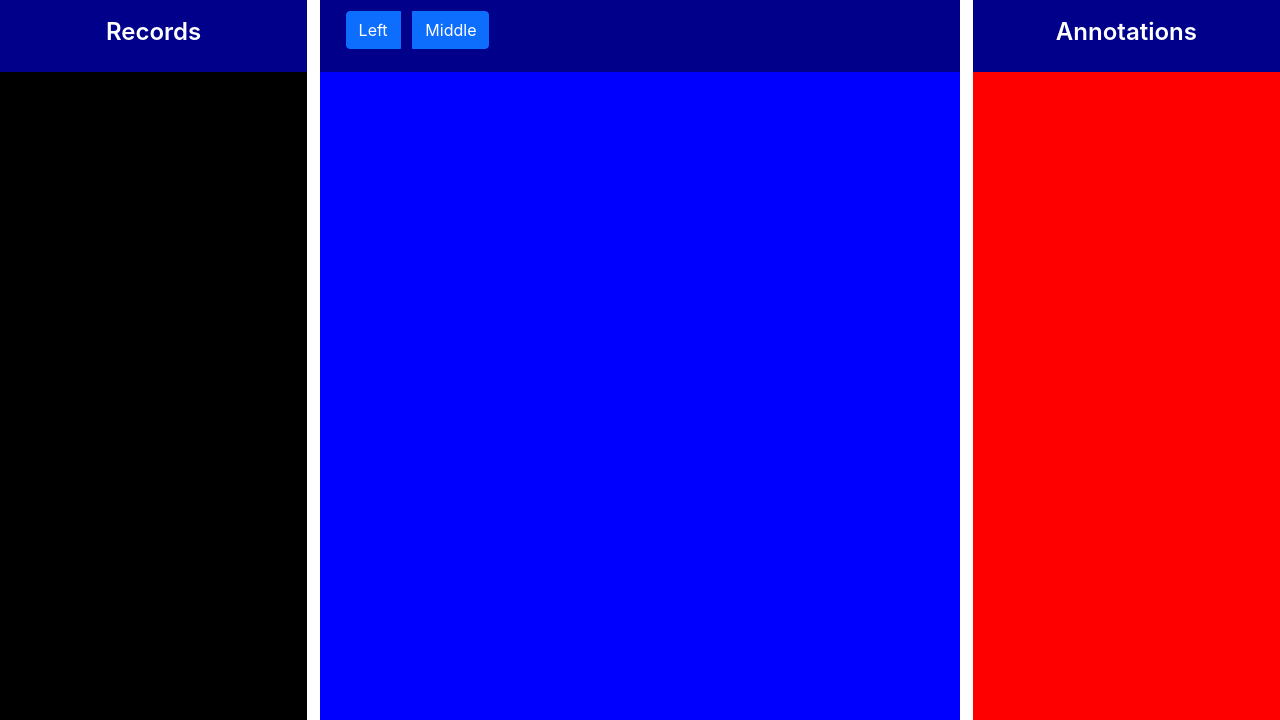
Repository: napan24/classforma_assignment
Page: / (app in client/)
An editor plug-in stored every save of this project. The page is shown before and after the next save, followed by the edit.
The browser window is 1280 px wide. The pictures show the whole page.
The project was rebuilt for these pictures with package versions that can differ from the ones it lists, and the page was loaded fresh each time. Also part of the build but not shown: client/src/App.css.

Above is the page before, as saved 2022-07-19 17:02:50.

### client/public/index.html
<!DOCTYPE html>
<html lang="en">
  <head>
    <meta charset="utf-8" />
    <link rel="icon" href="%PUBLIC_URL%/favicon.ico" />
    <meta name="viewport" content="width=device-width, initial-scale=1" />
    <meta name="theme-color" content="#000000" />
    <meta
      name="description"
      content="Web site created using create-react-app"
    />
    <link href="https://cdn.jsdelivr.net/npm/bootstrap@5.1.3/dist/css/bootstrap.min.css" rel="stylesheet" integrity="sha384-1BmE4kWBq78iYhFldvKuhfTAU6auU8tT94WrHftjDbrCEXSU1oBoqyl2QvZ6jIW3" crossorigin="anonymous">
    <link rel="apple-touch-icon" href="%PUBLIC_URL%/logo192.png" />
    <!--
      manifest.json provides metadata used when your web app is installed on a
      user's mobile device or desktop. See https://developers.google.com/web/fundamentals/web-app-manifest/
    -->
    <link rel="manifest" href="%PUBLIC_URL%/manifest.json" />
    <!--
      Notice the use of %PUBLIC_URL% in the tags above.
      It will be replaced with the URL of the `public` folder during the build.
      Only files inside the `public` folder can be referenced from the HTML.

      Unlike "/favicon.ico" or "favicon.ico", "%PUBLIC_URL%/favicon.ico" will
      work correctly both with client-side routing and a non-root public URL.
      Learn how to configure a non-root public URL by running `npm run build`.
    -->
    <title>React App</title>
  </head>
  <body>
    <noscript>You need to enable JavaScript to run this app.</noscript>
    <div id="root"></div>
    <!--
      This HTML file is a template.
      If you open it directly in the browser, you will see an empty page.

      You can add webfonts, meta tags, or analytics to this file.
      The build step will place the bundled scripts into the <body> tag.

      To begin the development, run `npm start` or `yarn start`.
      To create a production bundle, use `npm run build` or `yarn build`.
    -->
    <script src="https://cdn.jsdelivr.net/npm/bootstrap@5.1.3/dist/js/bootstrap.bundle.min.js" integrity="sha384-ka7Sk0Gln4gmtz2MlQnikT1wXgYsOg+OMhuP+IlRH9sENBO0LRn5q+8nbTov4+1p" crossorigin="anonymous"></script>
  </body>
</html>

### client/src/App.js
import logo from './logo.svg';
import './App.css';
import Home from './Home';

function App() {
  return (
    <>
      <Home></Home>
    </>
  );
}

export default App;

### client/src/Home.js
import React from 'react'

const Home = () => {
    return (
        <>
            <div style={{ display: 'flex', width: "100vw", height: "100vh" }}>
                <div style={{ width: "24vw", height: "100vh", backgroundColor: "black", marginRight: "1vw" }}>
                    <div style={{ width: "24vw", height: "10vh", backgroundColor: "#00008b", textAlign: 'center', fontSize: '150%', color: "white", fontWeight: "600", position: "fixed" }}>
                        <p style={{ marginTop: "2vh" }}>
                            Records
                        </p>
                    </div>
                    <div>

                    </div>
                </div>
                <div style={{ width: "50vw", height: "100vh", backgroundColor: "blue", marginRight: "1vw" }}>
                    <div style={{ width: "50vw", height: "10vh", backgroundColor: "#00008b" }}>
                        <div class="btn-group" role="group" aria-label="Basic example" style={{marginTop:"1.5vh",marginLeft:"2vw"}}>
                            <button type="button" class="btn btn-primary" style={{marginRight:"1vw"}}>Left</button>
                            <button type="button" class="btn btn-primary">Middle</button>
                        </div>
                    </div>
                    <div>

                    </div>
                </div>
                <div style={{ width: "24vw", height: "100vh", backgroundColor: "red" }}>
                    <div style={{ width: "24vw", height: "10vh", backgroundColor: "#00008b", textAlign: 'center', fontSize: '150%', color: "white", fontWeight: "600", position: "fixed" }}>
                        <p style={{ marginTop: "2vh" }}>
                            Annotations
                        </p>
                    </div>
                    <div>

                    </div>
                </div>
            </div>
        </>
    )
}

export default Home

Loaded but not shown: client/src/index.js (common file); client/src/index.css (common file); client/src/reportWebVitals.js (common file)

After the next save:
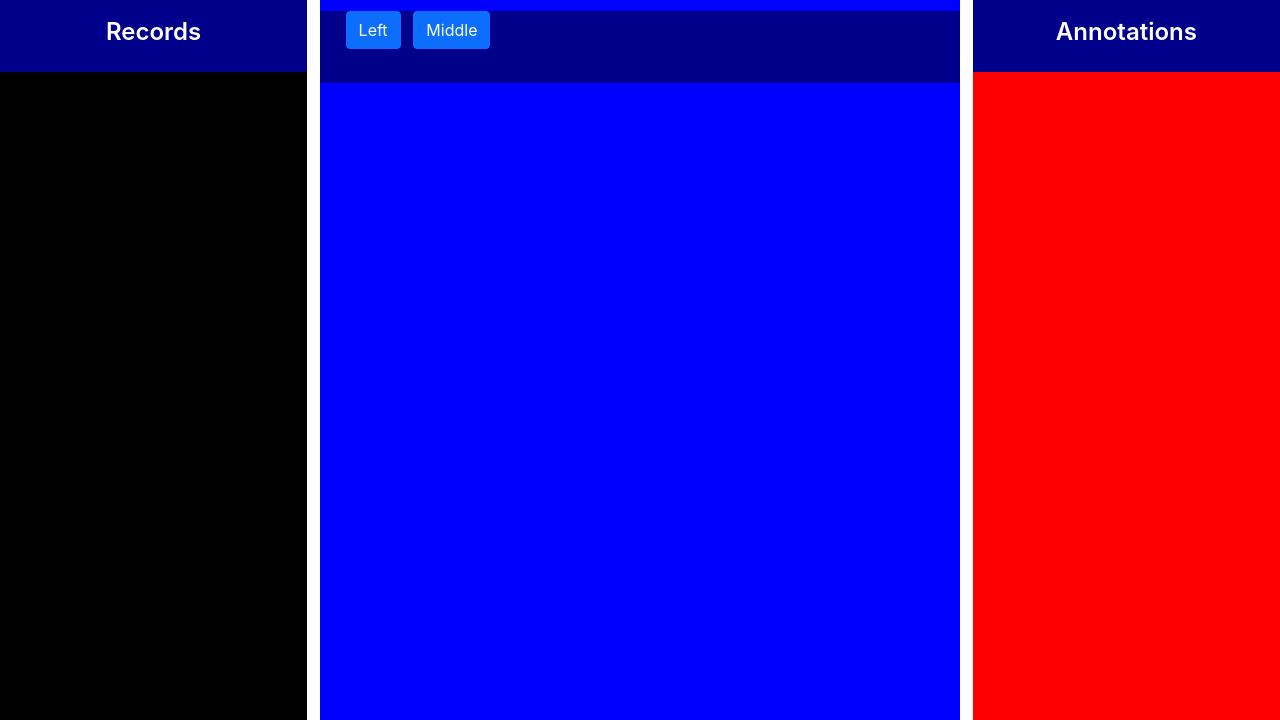
Saved 16 s later.
--- a/client/src/Home.js
+++ b/client/src/Home.js
@@ -16,7 +16,7 @@
                 </div>
                 <div style={{ width: "50vw", height: "100vh", backgroundColor: "blue", marginRight: "1vw" }}>
                     <div style={{ width: "50vw", height: "10vh", backgroundColor: "#00008b" }}>
-                        <div class="btn-group" role="group" aria-label="Basic example" style={{marginTop:"1.5vh",marginLeft:"2vw"}}>
+                        <div style={{marginTop:"1.5vh",marginLeft:"2vw"}}>
                             <button type="button" class="btn btn-primary" style={{marginRight:"1vw"}}>Left</button>
                             <button type="button" class="btn btn-primary">Middle</button>
                         </div>

After the 2 saves that followed:
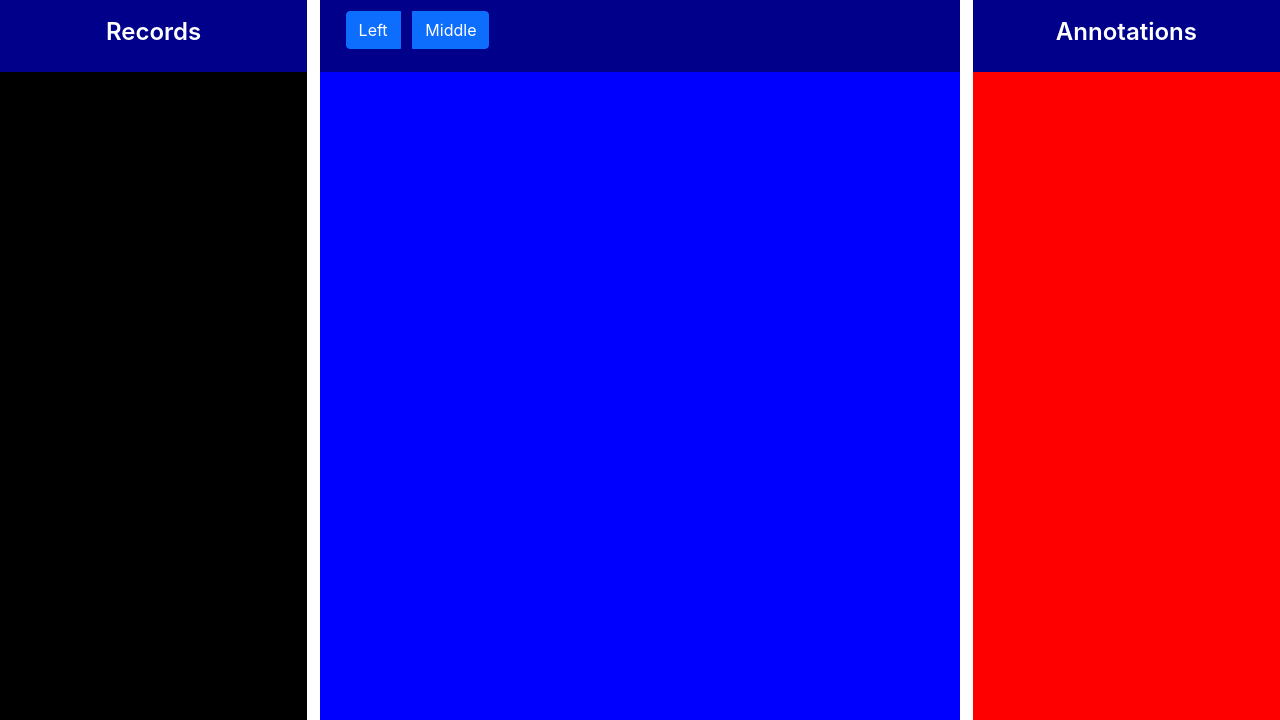
The 2 saves are shown as one change because they came seconds apart.
The last was saved 7 s later.
--- a/client/src/Home.js
+++ b/client/src/Home.js
@@ -16,7 +16,7 @@
                 </div>
                 <div style={{ width: "50vw", height: "100vh", backgroundColor: "blue", marginRight: "1vw" }}>
                     <div style={{ width: "50vw", height: "10vh", backgroundColor: "#00008b" }}>
-                        <div style={{marginTop:"1.5vh",marginLeft:"2vw"}}>
+                        <div class="btn-group" style={{marginTop:"1.5vh",marginLeft:"2vw"}}>
                             <button type="button" class="btn btn-primary" style={{marginRight:"1vw"}}>Left</button>
                             <button type="button" class="btn btn-primary">Middle</button>
                         </div>
